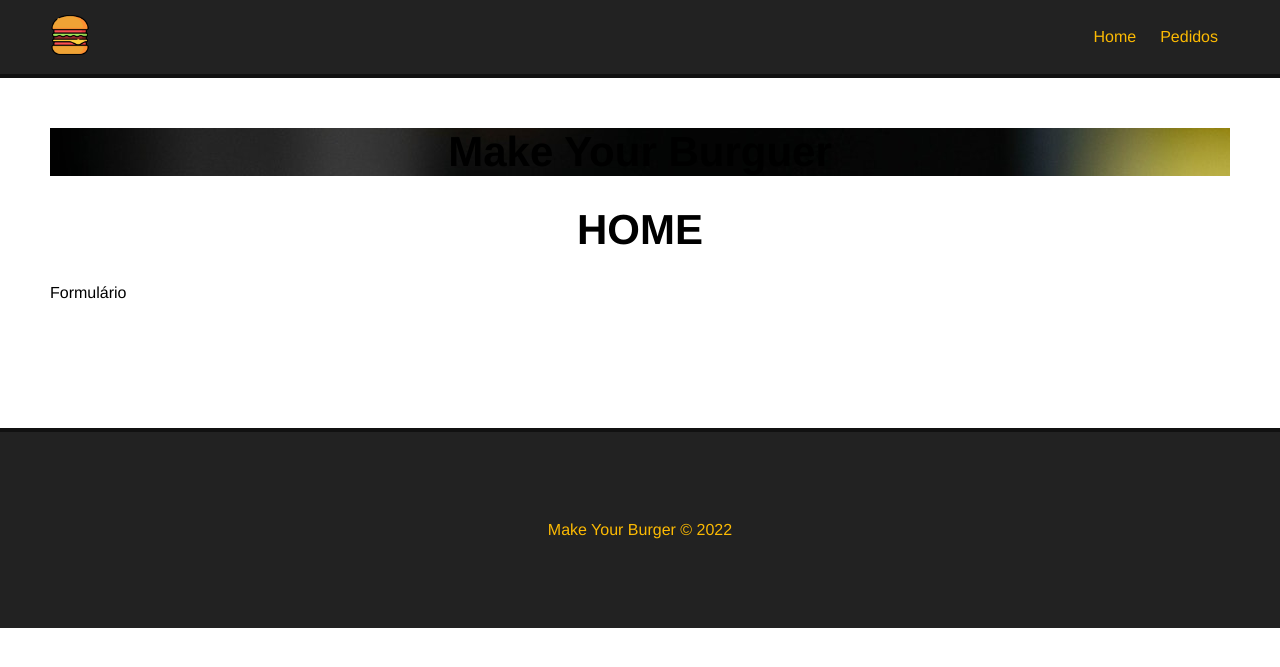
Repository: brunofa23/makeyourburguer
Page: /
The author's editor kept a copy of each file at every save. The page is drawn from the files as they stood at one save, then again after the next save.
The browser window is 1280 px wide. The pictures show the whole page.
The project was rebuilt for these pictures with package versions that can differ from the ones it lists, and the page was loaded fresh each time. Also part of the build but not shown: vue.config.js.

Above is the page before, as saved 2022-08-09 19:02:11.

### src/App.vue
<template>
  <Navbar :logo="logo_src" :alt="app_name"/>
  <router-view/>
  <Footer />
</template>

<script>
import Navbar from './components/Navbar.vue';
import Footer from './components/Footer.vue';

export default{
  components:{ Navbar, Footer },
  data(){
    return{
      logo_src:"/img/logo.png",
      app_name:"Make Your Burguer"
    }

  }
}

</script>

<style>
*{
  font-family: Helvetica, sans-serif;
  padding: 0;
  margin: 0;
  box-sizing: border-box;
}


.main-container{
  margin:50px;
  min-height: 250px;
}

h1{
  text-align: center;
  font-size: 42px;
  margin-bottom: 30px;
}
</style>

### src/router/index.js
import { createRouter, createWebHistory } from 'vue-router'
import HomeView from '../views/HomeView.vue'

const routes = [
  {
    path: '/',
    name: 'home',
    component: HomeView
  },
  {
    path: '/pedidos',
    name: 'Pedidos',
    // route level code-splitting
    // this generates a separate chunk (about.[hash].js) for this route
    // which is lazy-loaded when the route is visited.
    component: () => import(/* webpackChunkName: "about" */ '../views/PedidosView.vue')
  }
]

const router = createRouter({
  history: createWebHistory(process.env.BASE_URL),
  routes
})

export default router

### src/components/Navbar.vue
<template>
  <div id="nav">
    <router-link to="/" id="logo-url">
        <img :src="logo" :alt="alt" id="logo" >
    </router-link>
    <router-link to="/">Home</router-link>
    <router-link to="/pedidos">Pedidos</router-link>
  </div>
</template>

<script>
export default {
    name:"Navbar",
    props:["logo", "alt"]
}
</script>




<style scoped>
#nav{
  background-color:#222 ;
  border-bottom: 4px solid #111;
  padding: 15px 50px;
  display: flex;
  justify-content: flex-end;
  align-items: center;


}

#nav #logo-url{
  margin: auto;
  margin-left: 0;


}

#logo{
  width: 40px;
  height: 40px;
}

#nav a{
  color: #FCBA03;
  text-decoration: none;
  margin: 12px;
  transition: .5s;

}
#nav a:hover{
  color:#FFF;
}

</style>

### src/components/Footer.vue
<template>
    <footer id="footer">
        <p>Make Your Burger &copy; 2022</p>

    </footer>
</template>


<script>
export default{
    name: "Footer"
}

</script>

<style scoped>
#footer{
    height: 200px;
    background-color: #222;
    border-top: 4px solid #111;
    color: #fcba03;
    display: flex;
    align-items: center;
    justify-content: center;
    width: 100%;
}
</style>

### src/views/HomeView.vue
<template>
  <div class="main-container">
    <Banner />
   <h1>HOME</h1>
   <p>Formulário</p>
  </div>
</template>

<script>
import Banner from "@/components/Banner.vue";

export default{
  name: "Home",
  components:{
    Banner
  }
}

</script>

### src/components/Banner.vue
<template>
  <div id="main-banner">
    <h1>Make Your Burguer</h1>
  </div>
</template>

<script>
export default {
  name: 'Banner',
}
</script>

<style scoped>
#main-banner{
    background-image: url('/img/burger.jpg');
}


</style>
>

Loaded but not shown: public/index.html (common file); src/main.js (common file)

After the next save:
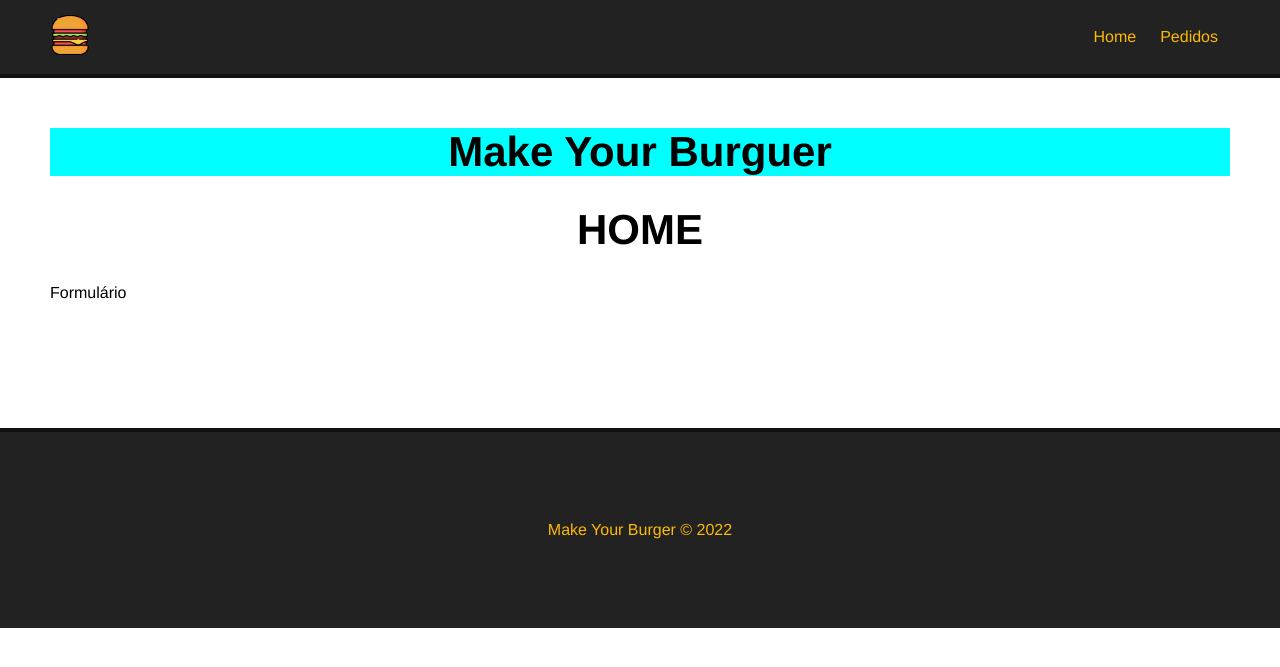
Saved 60 s later.
--- a/src/components/Banner.vue
+++ b/src/components/Banner.vue
@@ -12,7 +12,7 @@ export default {
 
 <style scoped>
 #main-banner{
-    background-image: url('/img/burger.jpg');
+    background-color: aqua;
 }
 
 
